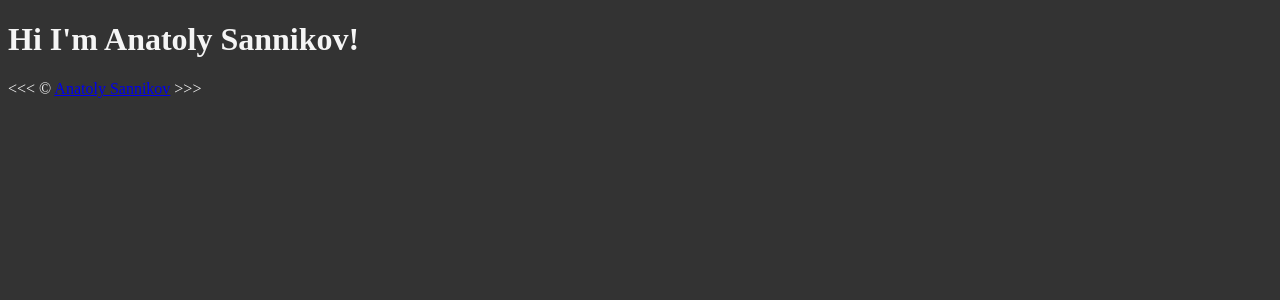
Repository: sannikovcode/exercises-a1
Page: JS/test1/task3/about.html
The author's editor kept a copy of each file at every save. The page is drawn from the files as they stood at one save, then again after the next save.
The browser window is 1280 px wide. The pictures show the whole page.

Above is the page before, as saved 2025-10-13 14:06:37.

### JS/test1/task3/about.html
<!DOCTYPE html>
<html lang="en">
<head>
    <meta charset="UTF-8">
    <meta name="author" content="Anatoly">
    <meta name="description" content="Hi, I'm Anatoly Sannikov.
    This page is about me.">
    <title>About Me</title>
    <link rel="icon" href="html5.png"
    type="image/x-icon">
    <link rel="stylesheet" href="main.css"
    type="text/css">

</head>
<body>
    <h1> Hi I'm Anatoly Sannikov!</h1>

    <p></p>






    &lt;&lt;&lt; &copy; <a href="about.html">Anatoly Sannikov</a>  &gt;&gt;&gt;


</body>

</html>

### JS/test1/task3/main.css
 html {
            front-size: 22px
        }

        body {
            background-color:   #333;
            color: whitesmoke;
        }

After the next save:
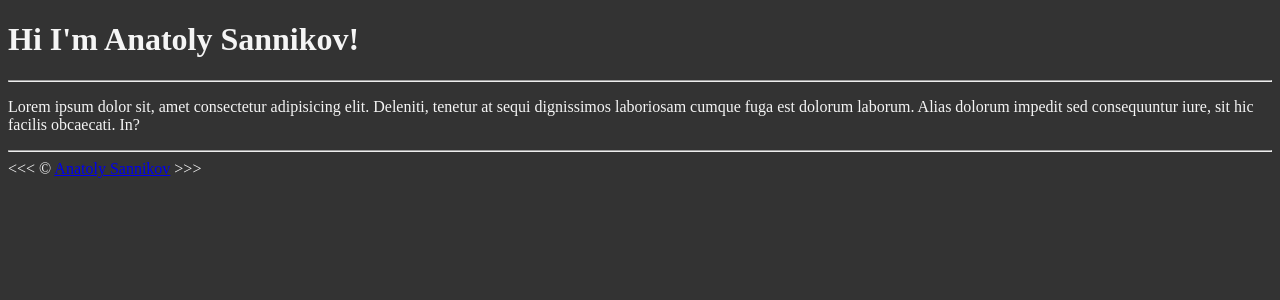
Saved 2 min 54 s later.
--- a/JS/test1/task3/about.html
+++ b/JS/test1/task3/about.html
@@ -15,11 +15,14 @@
 <body>
     <h1> Hi I'm Anatoly Sannikov!</h1>
 
-    <p></p>
+    <hr>
+        <p>Lorem ipsum dolor sit, amet consectetur adipisicing elit.
+            Deleniti, tenetur at sequi dignissimos laboriosam cumque
+            fuga est dolorum laborum. Alias dolorum impedit sed
+            consequuntur iure, sit hic facilis obcaecati. In?</p>
 
 
-
-
+    <hr>
 
 
     &lt;&lt;&lt; &copy; <a href="about.html">Anatoly Sannikov</a>  &gt;&gt;&gt;
